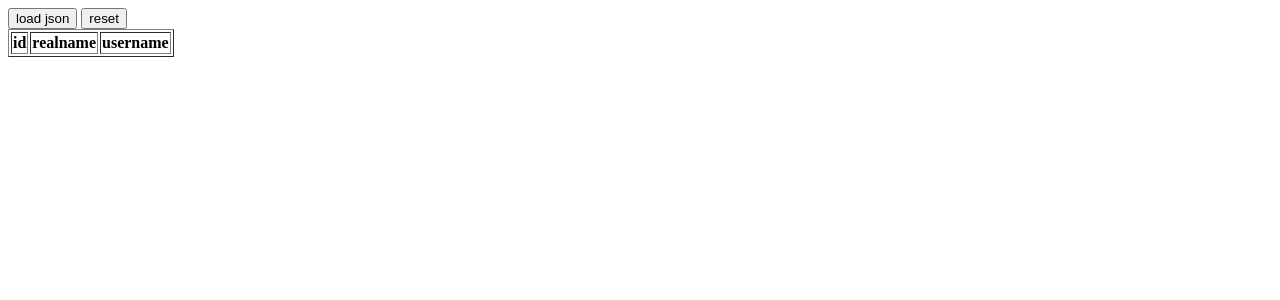
Repository: bluegony/spring_study
Page: jquerytest/src/main/webapp/loadjson.html
The author's editor kept a copy of each file at every save. The page is drawn from the files as they stood at one save, then again after the next save.
The browser window is 1280 px wide. The pictures show the whole page.
After loading, the first visible `#loadAll` was clicked once.
Some web libraries are served in a nearby version.

Above is the page before, as saved 2013-09-05 05:31:15.

### jquerytest/src/main/webapp/loadjson.html

<!DOCTYPE html>
<html>
<head>
<meta charset="UTF-8">


<title>load json</title>
</head>
<body>

	<form name="form1">

		<input type="button" id="loadAll" value="load json" />
		 <input type="button" id="reset" value="reset" />

	</form>
	<div id="disp"></div>

<table border="1" style="display:none">
  <tr id="tableheader">
    <th>id</th>
    <th>realname</th>
    <th>username</th>
  </tr>
</table>

</body>

<style type="text/css">
<!--
img {
	max-width: 80%;
	max-height: 80%;
}
-->
</style>
<script type="text/javascript"
	src="http://code.jquery.com/jquery-1.6.4.min.js"></script>
<script type="text/javascript">
	$(function() {
		$('#loadAll').click(function() {
			$.ajax({
				url:'json.txt',
				dataType:'json',
				success:function (json){
					//parseXml(json);
					alert(json.age);
				}
			})
			$('table').show();

		})

		$('#reset').click(function() {
			$('table').hide();
			$('tr').not('#tableheader').remove();
		})

	});

	function parseXml(xml){
		$("person", xml).each(function(){
			var id, realname, username;
			id=$("id",this).text();
			realname=$("realname",this).text();
			username=$("username",this).text();
			//$('#disp').append("<p>" + id + ":"+realname+":"+username+"</p>");
			p = "<tr><td>" + id + "</td><td>"+realname+"</td><td>"+username+"</td></tr>";
			$(p).appendTo('table');
		});

	}
</script>

After the next save:
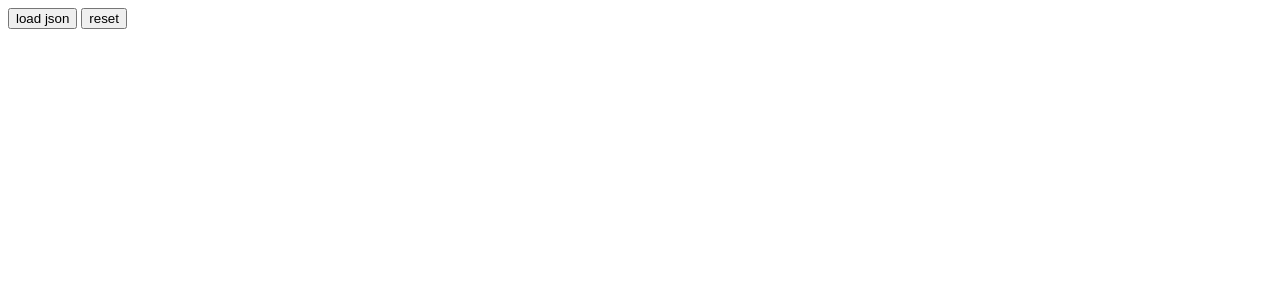
Saved 22 s later.
--- a/jquerytest/src/main/webapp/loadjson.html
+++ b/jquerytest/src/main/webapp/loadjson.html
@@ -48,7 +48,7 @@ img {
 					alert(json.age);
 				}
 			})
-			$('table').show();
+			//$('table').show();
 
 		})
 
